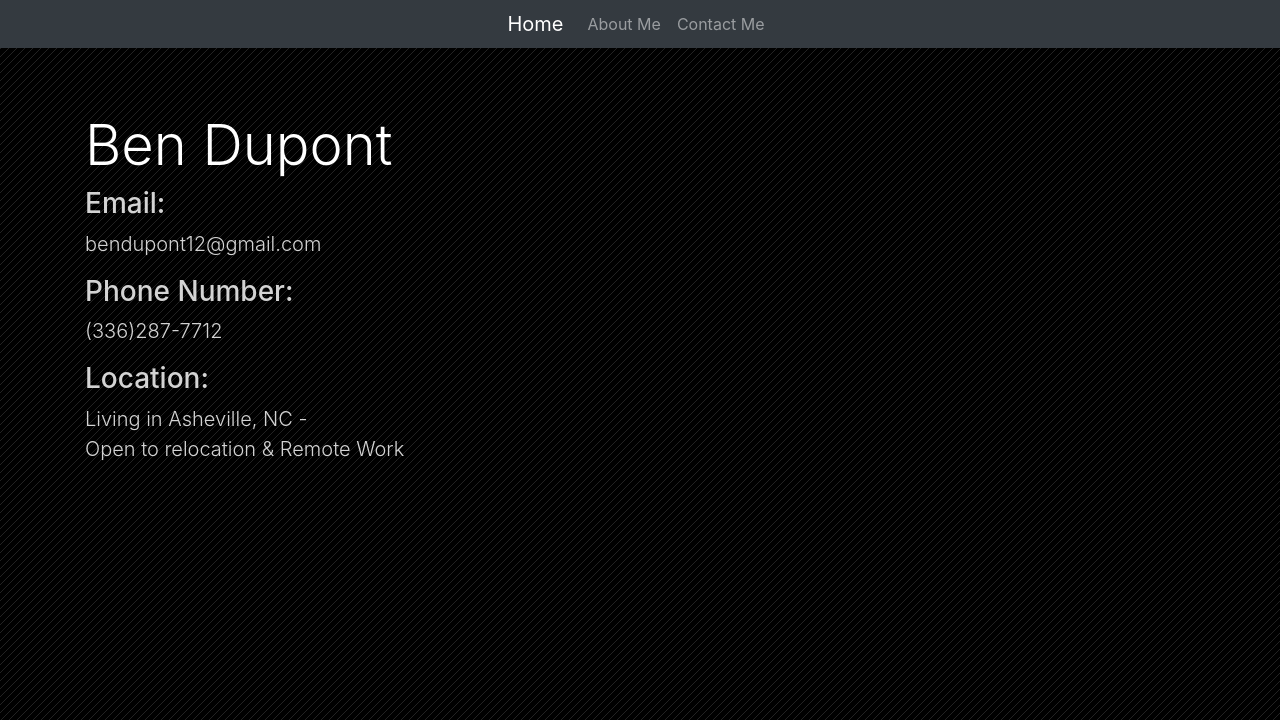
Repository: dupbd/portfolioWebPage
Page: BensSite/src/main/resources/static/contact.html
The author's editor kept a copy of each file at every save. The page is drawn from the files as they stood at one save, then again after the next save.
The browser window is 1280 px wide. The pictures show the whole page.

Above is the page before, as saved 2021-02-08 22:32:36.

### BensSite/src/main/resources/static/contact.html
<!DOCTYPE html>
<html>
<head>
	<title>Ben Dupont</title>
	<link rel="stylesheet" href="style.css">
	<link rel="stylesheet" href="https://cdn.jsdelivr.net/npm/bootstrap@4.5.3/dist/css/bootstrap.min.css" integrity="sha384-TX8t27EcRE3e/ihU7zmQxVncDAy5uIKz4rEkgIXeMed4M0jlfIDPvg6uqKI2xXr2" crossorigin="anonymous">
</head>
<body>

<nav class="navbar navbar-expand-lg navbar-dark bg-dark p-4">
<button class="navbar-toggler" type="button" data-toggle="collapse" data-target="#navbarTogglerDemo03" aria-controls="navbarTogglerDemo03" aria-expanded="false" aria-label="Toggle navigation">
  <span class="navbar-toggler-icon"></span>
</button>


<div class="collapse navbar-collapse" id="navbarTogglerDemo03">
<ul class="navbar-nav navbar-center mr-auto mt-2 mt-lg-0">
<li class="nav-item">
<a class="navbar-brand" href="index.html">Home</a>
</li>
  <li class="nav-item">
    <a class="nav-link" href="aboutMe.html">About Me</a>
  </li>
  <li class="nav-item">
  <a class="nav-link" href="contact.html">Contact Me<span class="sr-only">(current)</span></a>
</li>
</ul>
</div>
</nav>




<div class="jumbotron jumbotron-fluid">
<div class="container">
<h1 class="display-4">Ben Dupont</h1>
<h3 style="color: lightgrey;">Email:</h3>
<p class="lead">bendupont12@gmail.com</p>
<h3 style="color: lightgrey;">Phone Number:</h3>
<p class="lead">(336)287-7712</p>
<h3 style="color: lightgrey;">Location:</h3>
<p class="lead">Living in Asheville, NC - <br>Open to relocation & Remote Work</p>
</div>
</div>



</body>

</html>

### BensSite/src/main/resources/static/style.css
#resume {
	 display: block;
  margin-left: auto;
  margin-right: auto;

}
.card {
	margin-left: 100px;
	margin-top: 0px;
	margin-bottom: 50px;
}

.navbar-nav.navbar-center {
    position: absolute;
    left: 50%;
    transform: translatex(-50%)
    }


body {
	background-image: url("back1.jpg") !important;
	overflow: auto;
	}

.jumbotron {
	background: none !important;
	margin-bottom: 0px !important;
	}

.lead {
	color: lightgrey;
	}

.display-4 {
	color: white;
	}

.aboutme {
	color: lightgrey;
	margin-left: 15px;
	}

.card-body {
	background-color: lightgrey !important;
	}

After the next save:
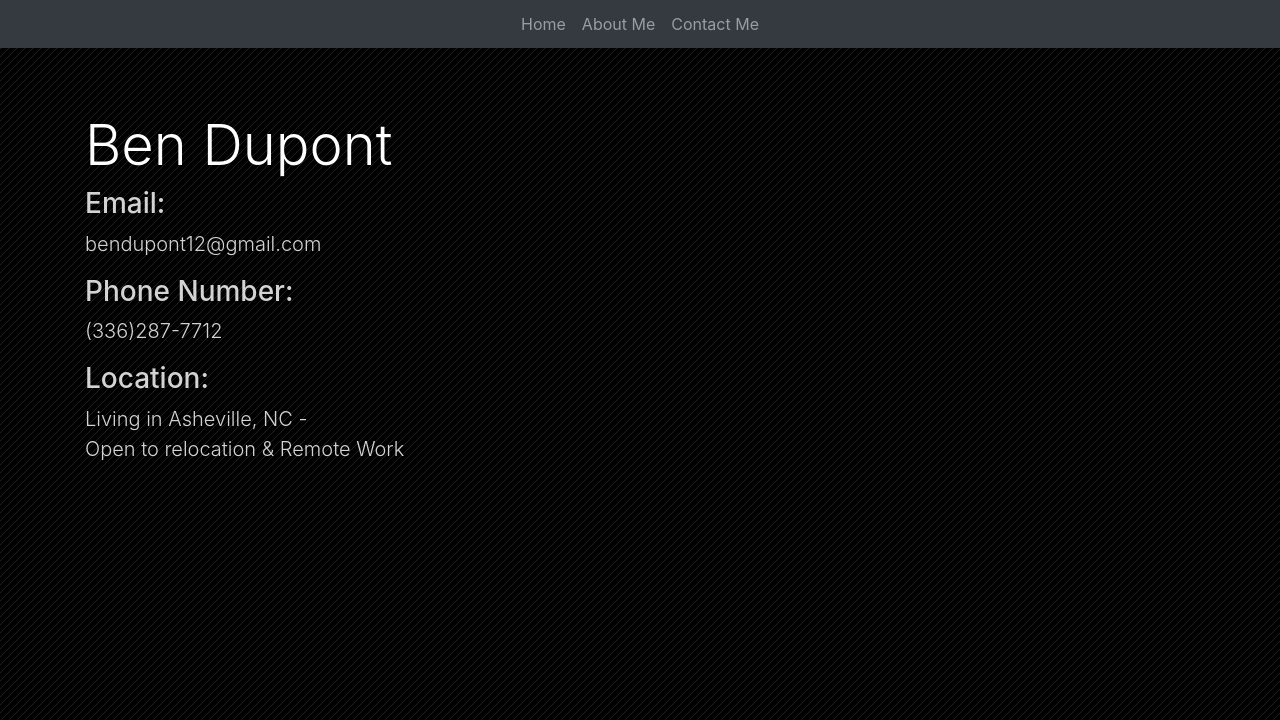
Saved 44 s later.
--- a/BensSite/src/main/resources/static/contact.html
+++ b/BensSite/src/main/resources/static/contact.html
@@ -16,7 +16,7 @@
 <div class="collapse navbar-collapse" id="navbarTogglerDemo03">
 <ul class="navbar-nav navbar-center mr-auto mt-2 mt-lg-0">
 <li class="nav-item">
-<a class="navbar-brand" href="index.html">Home</a>
+<a class="nav-link" href="index.html">Home</a>
 </li>
   <li class="nav-item">
     <a class="nav-link" href="aboutMe.html">About Me</a>
